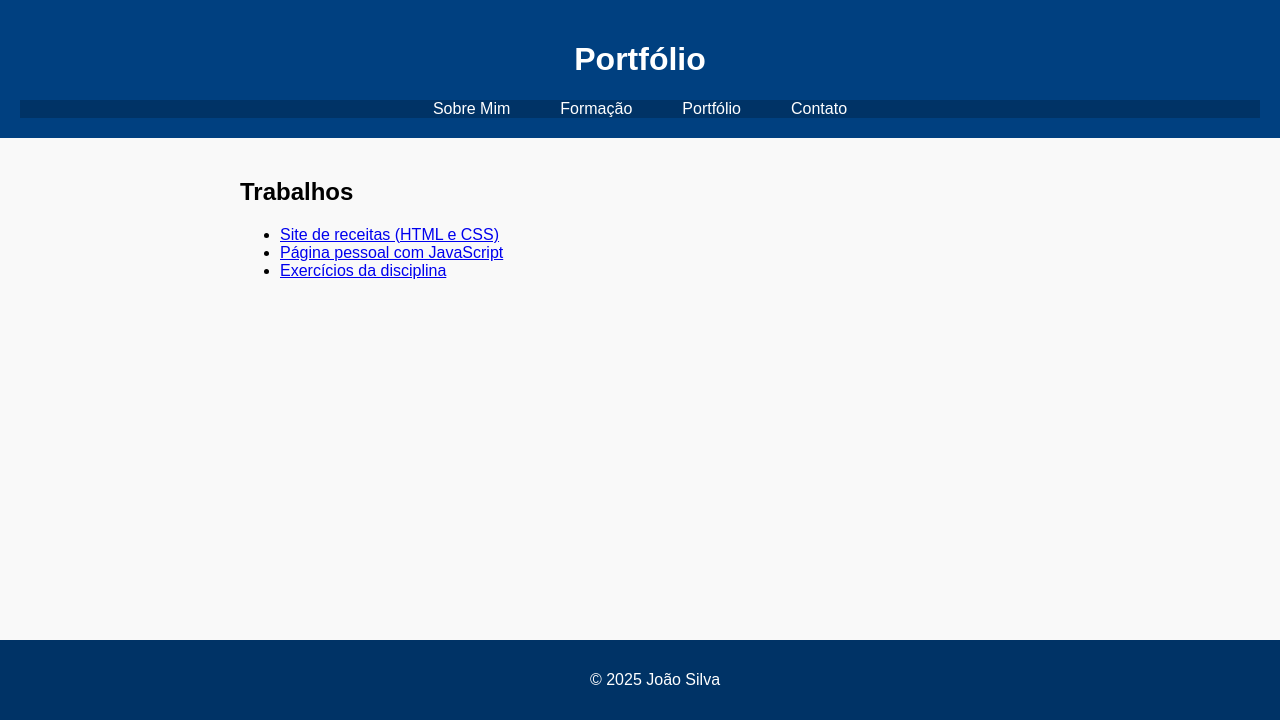
Repository: andressasmedeiros/exercicio-site-basico
Page: portfolio.html
These files come from the project's save history. The page is drawn as it stood at one moment and after the next save; the edit follows.
The browser window is 1280 px wide. The pictures show the whole page.

Above is the page before, as saved 2025-06-26 14:30:55.

After the next save:
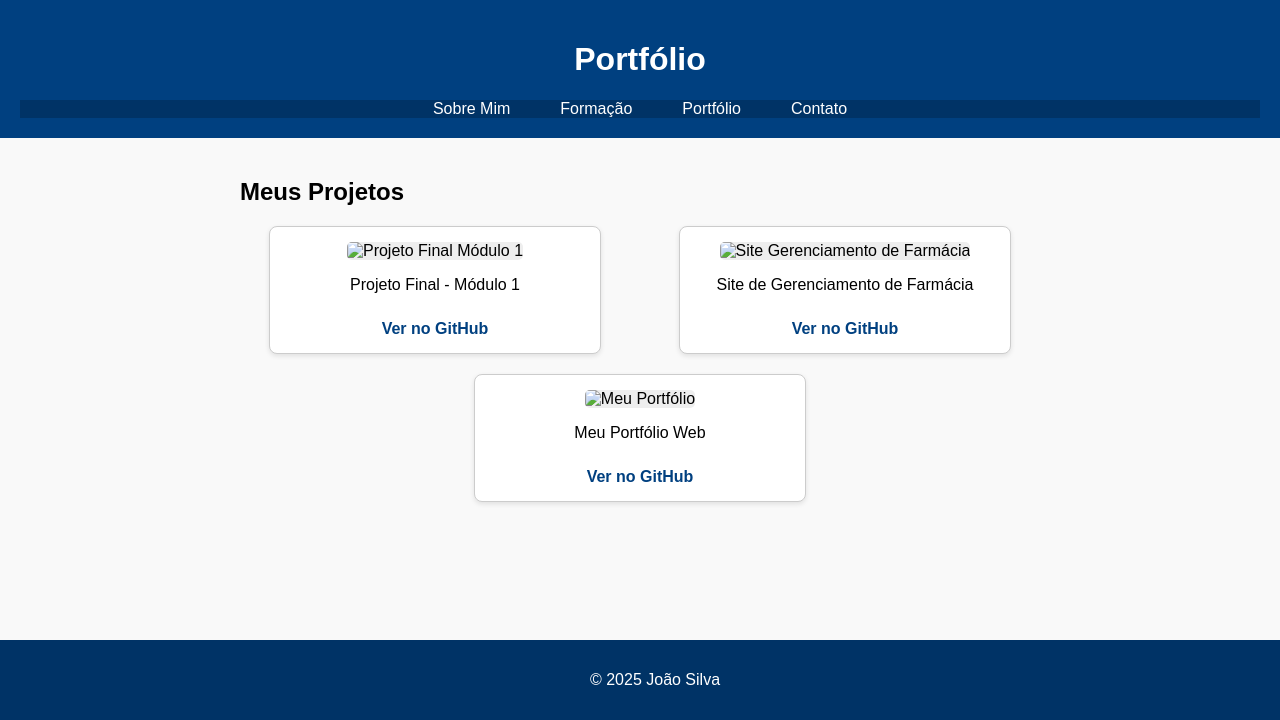
Not found: img/projeto1.jpg
Not found: img/projeto2.jpg
Not found: img/projeto3.jpg
Saved 15 s later.
--- a/portfolio.html
+++ b/portfolio.html
@@ -4,6 +4,46 @@
   <meta charset="UTF-8" />
   <title>Portfólio</title>
   <link rel="stylesheet" href="./CSS/style.css" />
+  <style>
+    /* Estilos adicionais específicos para os cards do portfólio */
+    .portfolio-container {
+      display: flex;
+      justify-content: space-around;
+      flex-wrap: wrap;
+      gap: 20px;
+      margin-top: 20px;
+    }
+
+    .card {
+      background-color: #fff;
+      border: 1px solid #ccc;
+      border-radius: 8px;
+      width: 300px;
+      padding: 15px;
+      box-shadow: 0 2px 5px rgba(0,0,0,0.1);
+      text-align: center;
+    }
+
+    .card img {
+      width: 100%;
+      height: 200px;
+      object-fit: cover;
+      border-radius: 5px;
+      background-color: #eee; /* Caso não tenha imagem ainda */
+    }
+
+    .card a {
+      display: inline-block;
+      margin-top: 10px;
+      color: #004080;
+      font-weight: bold;
+      text-decoration: none;
+    }
+
+    .card a:hover {
+      color: #0066cc;
+    }
+  </style>
 </head>
 <body>
   <header>
@@ -20,12 +60,29 @@
 
   <main>
     <section>
-      <h2>Trabalhos</h2>
-      <ul>
-        <li><a href="#">Site de receitas (HTML e CSS)</a></li>
-        <li><a href="#">Página pessoal com JavaScript</a></li>
-        <li><a href="#">Exercícios da disciplina</a></li>
-      </ul>
+      <h2>Meus Projetos</h2>
+      <div class="portfolio-container">
+        <!-- Card 1 -->
+        <div class="card">
+          <img src="./img/projeto1.jpg" alt="Projeto Final Módulo 1" />
+          <p>Projeto Final - Módulo 1</p>
+          <a href="https://github.com/andressasmedeiros/projeto_finalM01" target="_blank">Ver no GitHub</a>
+        </div>
+
+        <!-- Card 2 -->
+        <div class="card">
+          <img src="./img/projeto2.jpg" alt="Site Gerenciamento de Farmácia" />
+          <p>Site de Gerenciamento de Farmácia</p>
+          <a href="https://github.com/andressasmedeiros/site-gerenciamento-farmacia" target="_blank">Ver no GitHub</a>
+        </div>
+
+        <!-- Card 3 -->
+        <div class="card">
+          <img src="./img/projeto3.jpg" alt="Meu Portfólio" />
+          <p>Meu Portfólio Web</p>
+          <a href="https://github.com/andressasmedeiros/meu_portfolio" target="_blank">Ver no GitHub</a>
+        </div>
+      </div>
     </section>
   </main>
 
